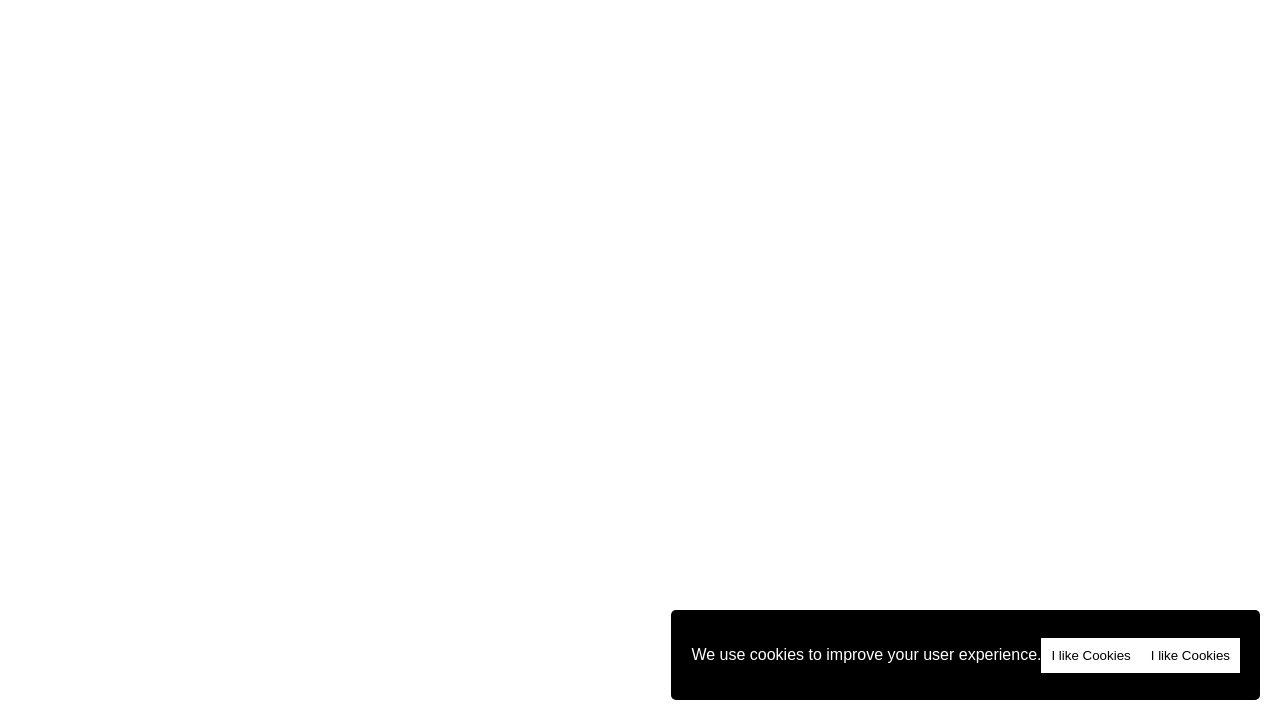
Repository: kSanoX/Cookie-Consent
Page: index.html
The author's editor kept a copy of each file at every save. The page is drawn from the files as they stood at one save, then again after the next save.
The browser window is 1280 px wide. The pictures show the whole page.

Above is the page before, as saved 2025-01-30 01:15:31.

After the next save:
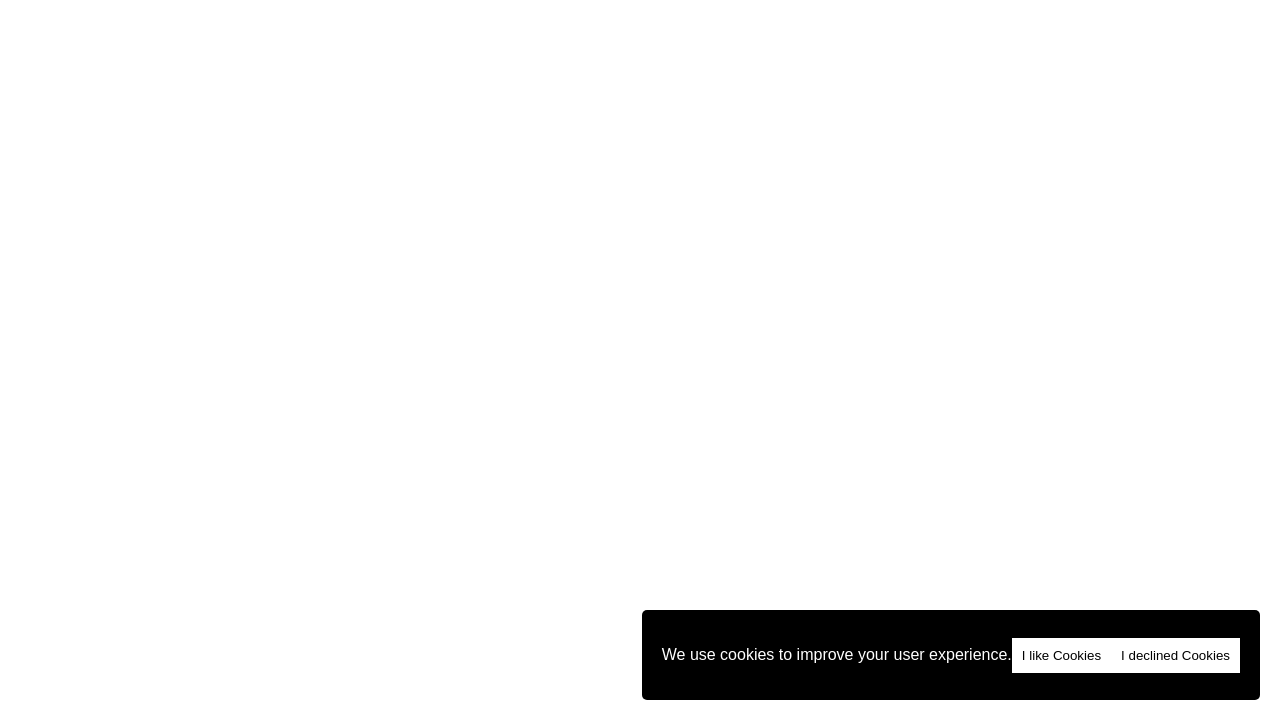
Saved 41 s later.
--- a/index.html
+++ b/index.html
@@ -10,7 +10,7 @@
     <div class="cookie-popup" id="cookie-popup">
         <p>We use cookies to improve your user experience.</p>
         <button id="accept-cookies">I like Cookies</button>
-        <button id="decline-cookies">I like Cookies</button>
+        <button id="decline-cookies">I declined Cookies</button>
     </div>
 
     <script src="script.js"></script>
